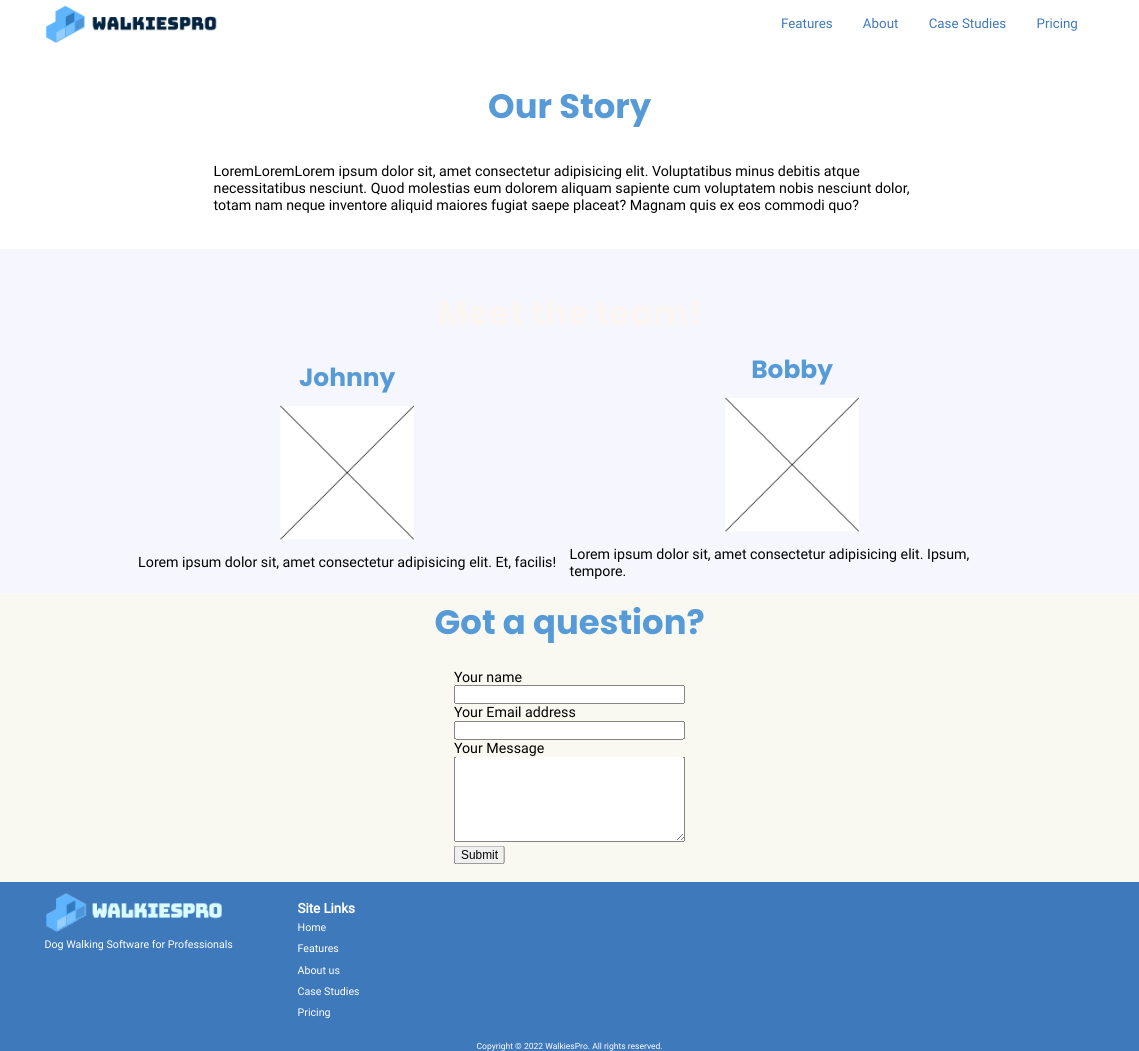
Repository: StevieC87/LAYOUT4
Page: about-us.html
These files come from the project's save history. The page is drawn as it stood at one moment and after the next save; the edit follows.
The browser window is 1280 px wide. The pictures show the whole page, at 89% of full size.

Above is the page before, as saved 2022-01-02 16:37:12.

After the next save:
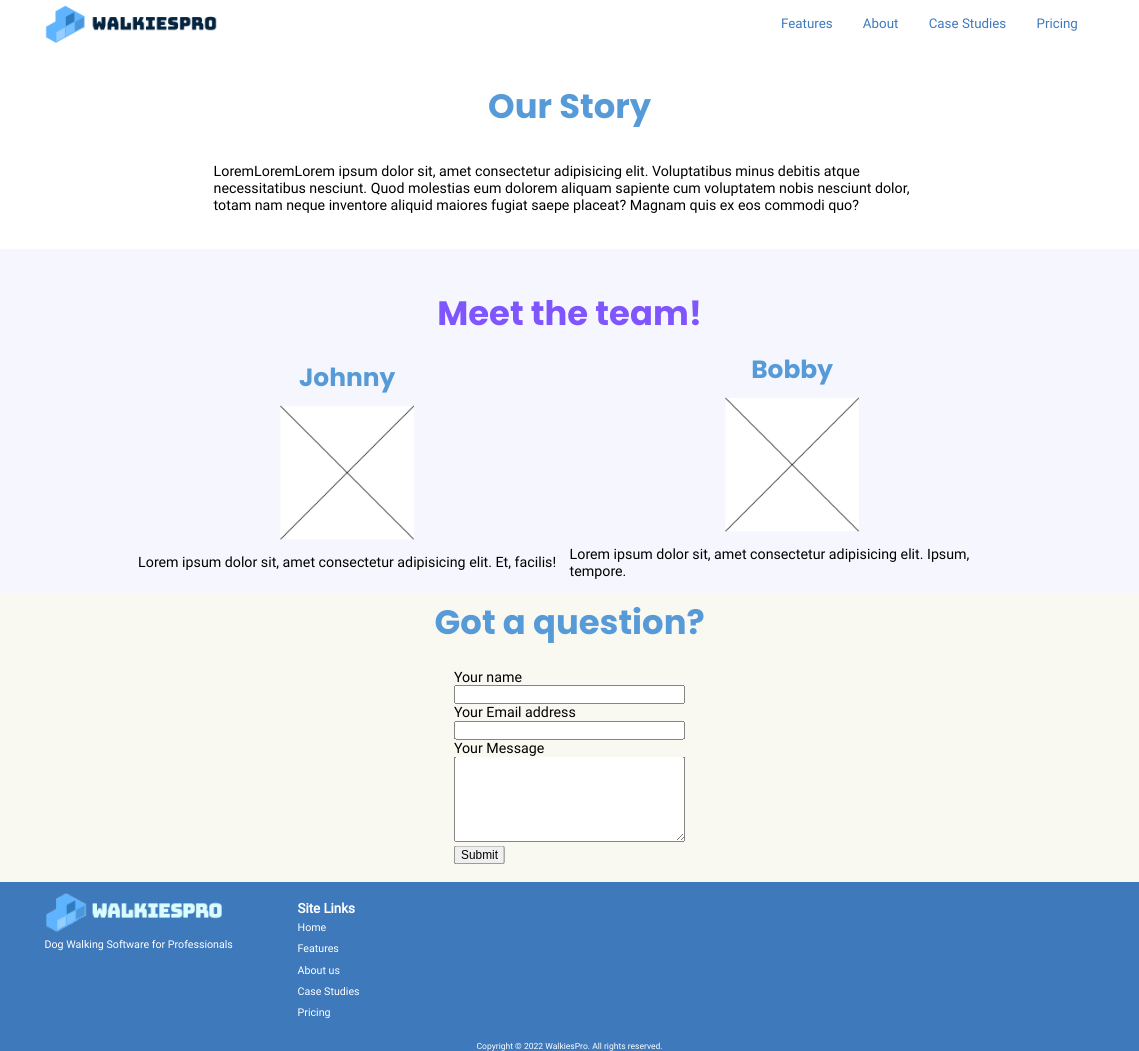
Saved 21 s later.
--- a/css/aboutus.css
+++ b/css/aboutus.css
@@ -33,7 +33,7 @@ ABOUT US
   text-align: Center;
   /*  color: purple; */
   /*   color: var(--myblue); */
-  color: #fcf6f2;
+  color: #7f55ff;
   width: 100%;
 }
 .meettheteamh1 > h1 {
